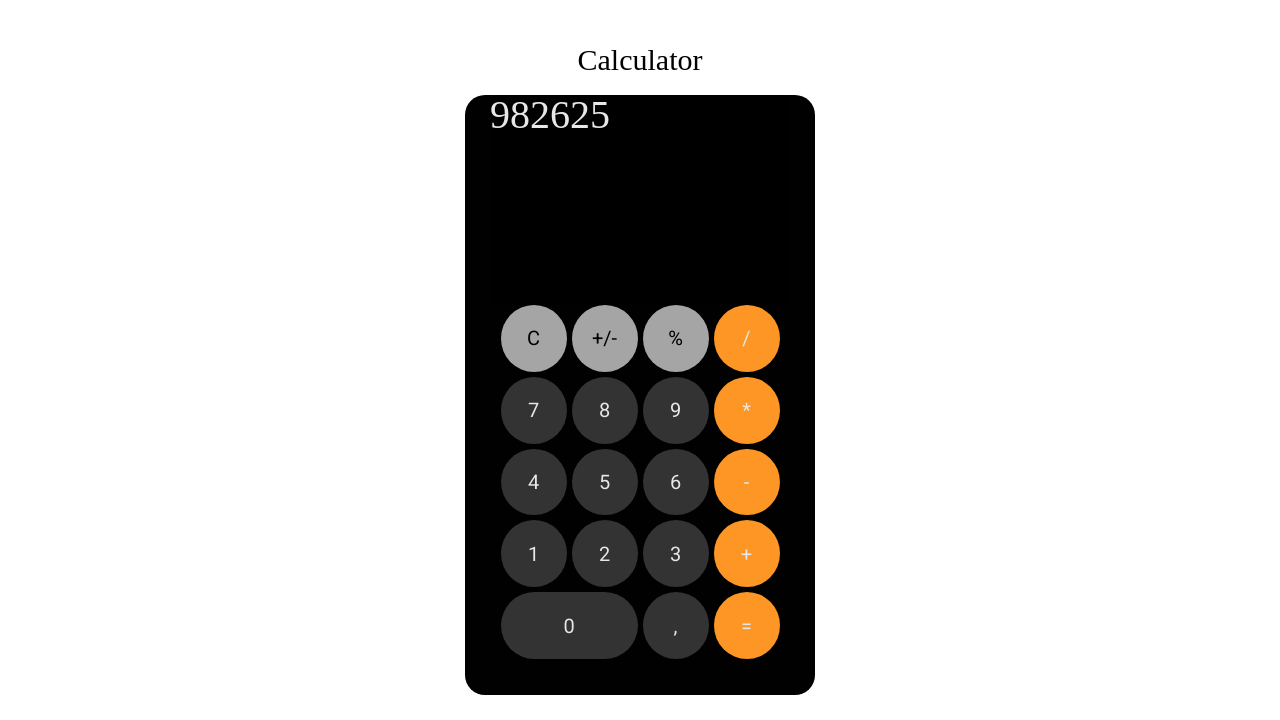
Repository: Gibon9/SimpleCalc
Page: index.html
These files come from the project's save history. The page is drawn as it stood at one moment and after the next save; the edit follows.
The browser window is 1280 px wide. The pictures show the whole page.
Some web fonts or font styles are not loaded; a fallback is used.

Above is the page before, as saved 2020-11-28 13:22:37.

### index.html
<!DOCTYPE html>
<html lang="en">
  <head>
    <meta charset="UTF-8" />
    <meta name="viewport" content="width=device-width, initial-scale=1.0" />
    <link rel="stylesheet" href="style/reset.css" />
    <link rel="stylesheet" href="style/style.css" />
    <title>Calculator</title>
  </head>

  <body>
    <main class="main">
      <h1 class="title">Calculator</h1>
      <section class="clac">
        <div class="calc-display" id="display">
          <p class="calc-dispaly--text">982625</p>
        </div>
        <section class="keyboard" id="keyboard">
          <button class="calc-button calc-button-secondary c-btn" id="clear">
            C
          </button>
          <button
            class="calc-button calc-button-secondary plus-minus-btn"
            id="plus-minus"
          >
            +/-
          </button>
          <button
            class="calc-button calc-button-secondary percent-btn"
            id="percent"
          >
            %
          </button>
          <button class="calc-button one-btn" id="btn1">1</button>
          <button class="calc-button two-btn" id="btn2">2</button>
          <button class="calc-button three-btn" id="btn3">3</button>
          <button class="calc-button four-btn" id="btn4">4</button>
          <button class="calc-button five-btn" id="btn5">5</button>
          <button class="calc-button six-btn" id="btn6">6</button>
          <button class="calc-button seven-btn" id="btn7">7</button>
          <button class="calc-button eight-btn" id="btn8">8</button>
          <button class="calc-button nine-btn" id="btn9">9</button>
          <button class="calc-button zero-btn" id="btn0">0</button>
          <button class="calc-button calc-button-operation plus-btn" id="plus">
            +
          </button>
          <button
            class="calc-button calc-button-operation minus-btn"
            id="minus"
          >
            -
          </button>
          <button
            class="calc-button calc-button-operation divide-btn"
            id="divide"
          >
            /
          </button>
          <button
            class="calc-button calc-button-operation multiply-btn"
            id="multiply"
          >
            *
          </button>
          <button
            class="calc-button calc-button-operation equal-btn"
            id="equal"
          >
            =
          </button>
          <button class="calc-button coma-btn" id="coma">,</button>
        </section>
      </section>
    </main>
    <script src="./index.js"></script>
  </body>
</html>

### style/style.css
@import url("https://fonts.googleapis.com/css2?family=Roboto&family=Saira+Stencil+One&display=swap");

:root {
  --background-color: #010101;
  --display-color: black;
  --primary-btn-color: #a5a5a5;
  --secondary-color: #333333;
  --secondary-btn-color: #fd9624;
  --text-color: #e7e7e7;
}

* {
  box-sizing: border-box;
}

.calc-display,
.title {
  font-family: "Saira Stencil One", cursive;
}

.calc-button {
  font-family: "Roboto", sans-serif;
}

.main {
  display: flex;
  flex-direction: column;
  justify-content: center;
  align-items: center;
  width: 100vw;
  height: 100vh;
}

.title {
  font-size: 30px;
  margin: 20px 0;
}

.clac {
  width: 350px;
  height: 600px;
  background-color: var(--background-color);
  border-radius: 20px;
}

.calc-display {
  margin: 0 auto;
  width: 300px;
  height: 35%;
  background-color: var(--display-color);
  color: var(--text-color);
  border-radius: 10px;
  font-size: 40px;
}

.calc-dispaly--text {
  font-size: 40px;
}

.keyboard {
  height: 65%;
  display: grid;
  grid-template-columns: repeat(10, 1fr);
  grid-template-rows: repeat(11, 1fr);
  gap: 5px 5px;
}

.calc-button {
  cursor: pointer;
  font-size: 20px;
  color: var(--text-color);
  background-color: var(--secondary-color);
  border-radius: 50%;
  border: none;
}

.calc-button:hover {
  background-color: #3f3f3f;
}

.calc-button-operation {
  background-color: var(--secondary-btn-color);
}

.calc-button-operation:hover {
  background-color: #ff8800;
}

.calc-button-secondary {
  background-color: var(--primary-btn-color);
  color: var(--background-color);
}

.calc-button-secondary:hover {
  background-color: #969696;
}

.c-btn {
  grid-column: 2/4;
  grid-row: 1/3;
}

.plus-minus-btn {
  grid-column: 4/6;
  grid-row: 1/3;
}

.percent-btn {
  grid-column: 6/8;
  grid-row: 1/3;
}

.divide-btn {
  grid-column: 8/10;
  grid-row: 1/3;
}

.seven-btn {
  grid-column: 2/4;
  grid-row: 3/5;
}

.eight-btn {
  grid-column: 4/6;
  grid-row: 3/5;
}

.nine-btn {
  grid-column: 6/8;
  grid-row: 3/5;
}

.multiply-btn {
  grid-column: 8/10;
  grid-row: 3/5;
}

.four-btn {
  grid-column: 2/4;
  grid-row: 5/7;
}

.five-btn {
  grid-column: 4/6;
  grid-row: 5/7;
}

.six-btn {
  grid-column: 6/8;
  grid-row: 5/7;
}

.minus-btn {
  grid-column: 8/10;
  grid-row: 5/7;
}

.one-btn {
  grid-column: 2/4;
  grid-row: 7/9;
}

.two-btn {
  grid-column: 4/6;
  grid-row: 7/9;
}

.three-btn {
  grid-column: 6/8;
  grid-row: 7/9;
}

.plus-btn {
  grid-column: 8/10;
  grid-row: 7/9;
}

.zero-btn {
  grid-column: 2/6;
  grid-row: 9/11;
  border-radius: 50px;
}

.coma-btn {
  grid-column: 6/8;
  grid-row: 9/11;
}

.equal-btn {
  grid-column: 8/10;
  grid-row: 9/11;
}

Loaded but not shown: style/reset.css (common file); index.js (no copy from this time; the picture is the same without it)

After the next save:
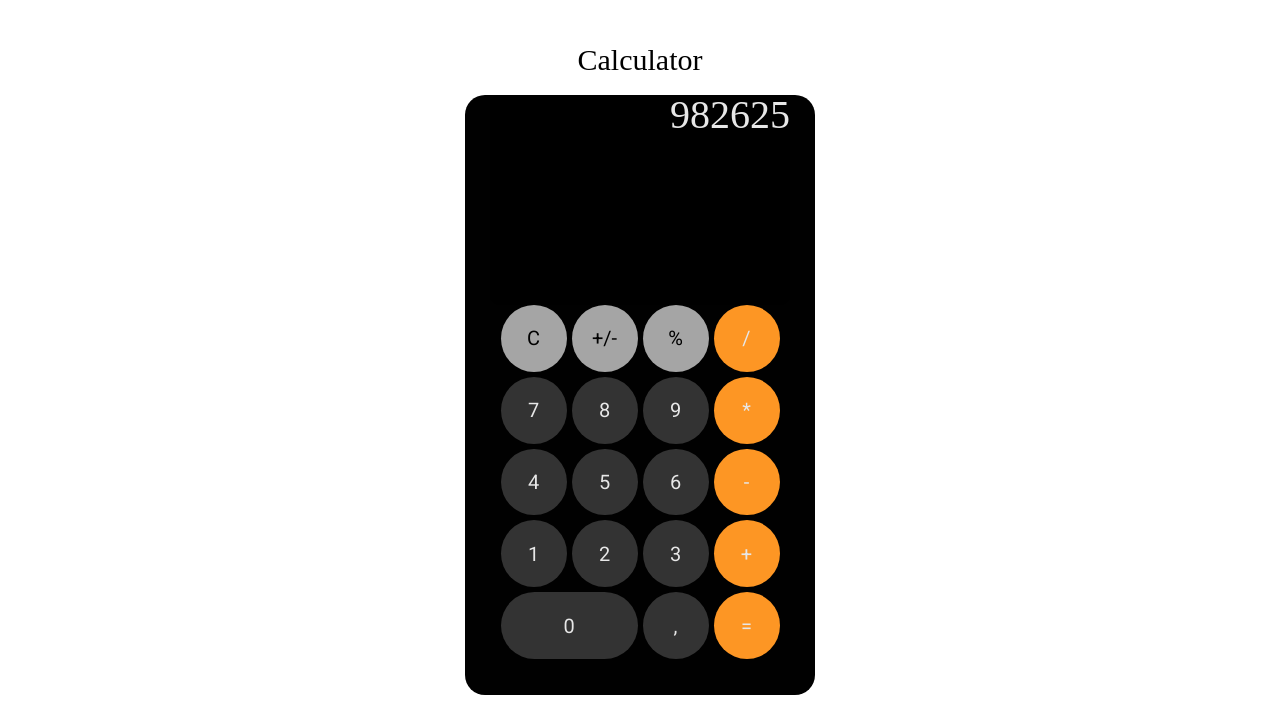
Saved 18 s later.
--- a/style/style.css
+++ b/style/style.css
@@ -54,6 +54,7 @@
 }
 
 .calc-dispaly--text {
+  text-align: right;
   font-size: 40px;
 }
 

After the save that followed:
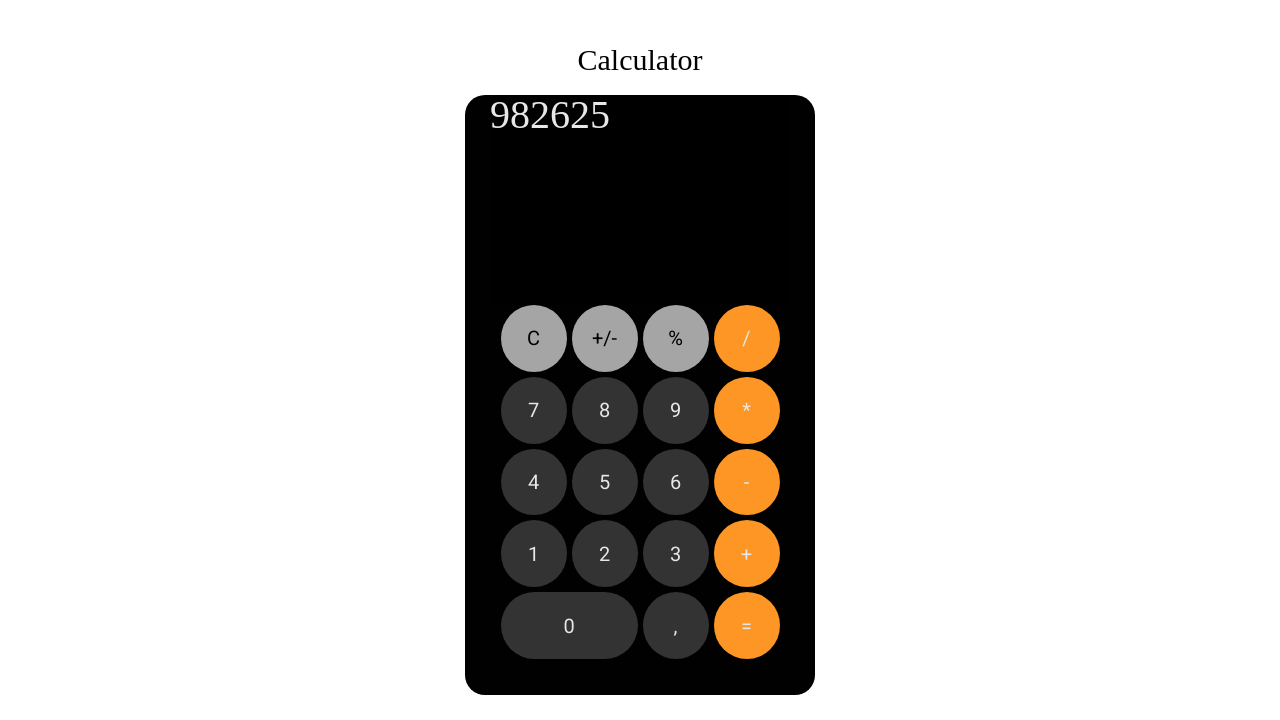
Saved 55 s later.
--- a/style/style.css
+++ b/style/style.css
@@ -44,6 +44,7 @@
 }
 
 .calc-display {
+  display: flex;
   margin: 0 auto;
   width: 300px;
   height: 35%;
